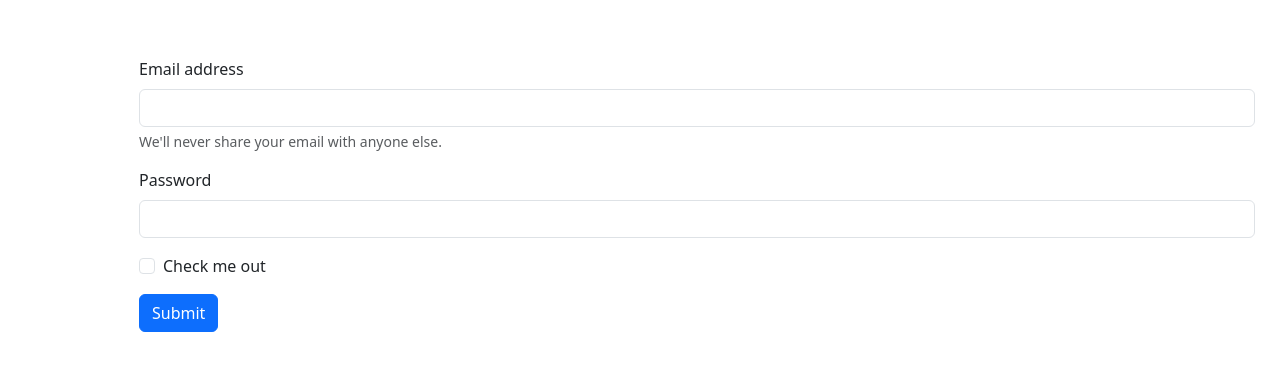
Repository: lemoueno/programme_dev_fullstack
Page: bootstrap/form/form.html
The author's editor kept a copy of each file at every save. The page is drawn from the files as they stood at one save, then again after the next save.
The browser window is 1280 px wide. The pictures show the whole page.

Above is the page before, as saved 2023-12-03 16:59:26.

### bootstrap/form/form.html
<html lang="en">
<head>
    <meta charset="UTF-8">
    <meta name="viewport" content="width=device-width, initial-scale=1.0">
    <link href="https://cdn.jsdelivr.net/npm/bootstrap@5.3.2/dist/css/bootstrap.min.css" rel="stylesheet" integrity="sha384-T3c6CoIi6uLrA9TneNEoa7RxnatzjcDSCmG1MXxSR1GAsXEV/Dwwykc2MPK8M2HN" crossorigin="anonymous">
    <script src="https://cdn.jsdelivr.net/npm/bootstrap@5.3.2/dist/js/bootstrap.bundle.min.js" integrity="sha384-C6RzsynM9kWDrMNeT87bh95OGNyZPhcTNXj1NW7RuBCsyN/o0jlpcV8Qyq46cDfL" crossorigin="anonymous"></script>
    <title>Document</title>
</head>
<body>
    <div class="container">
        <div class="row">
            <form style="margin:5%;">
                <div class="mb-3">
                  <label for="exampleInputEmail1" class="form-label">Email address</label>
                  <input type="email" class="form-control" id="exampleInputEmail1" aria-describedby="emailHelp">
                  <div id="emailHelp" class="form-text">We'll never share your email with anyone else.</div>
                </div>
                <div class="mb-3">
                  <label for="exampleInputPassword1" class="form-label">Password</label>
                  <input type="password" class="form-control" id="exampleInputPassword1">
                </div>
                <div class="mb-3 form-check">
                  <input type="checkbox" class="form-check-input" id="exampleCheck1">
                  <label class="form-check-label" for="exampleCheck1">Check me out</label>
                </div>
                <button type="submit" class="btn btn-primary">Submit</button>
              </form>
        </div>
    </div>
</body>
</html>

After the next save:
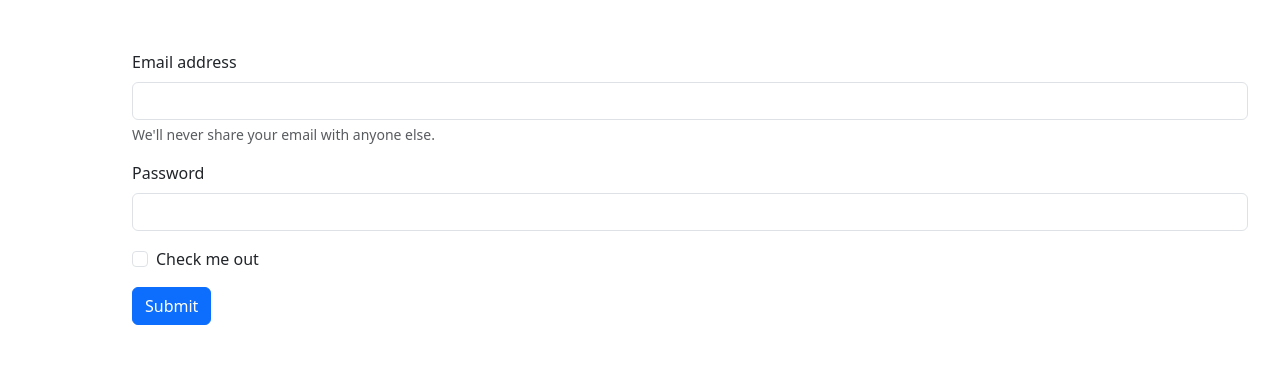
Saved 19 s later.
--- a/bootstrap/form/form.html
+++ b/bootstrap/form/form.html
@@ -9,7 +9,7 @@
 <body>
     <div class="container">
         <div class="row">
-            <form style="margin:5%;">
+            <form style="margin:50px;">
                 <div class="mb-3">
                   <label for="exampleInputEmail1" class="form-label">Email address</label>
                   <input type="email" class="form-control" id="exampleInputEmail1" aria-describedby="emailHelp">
